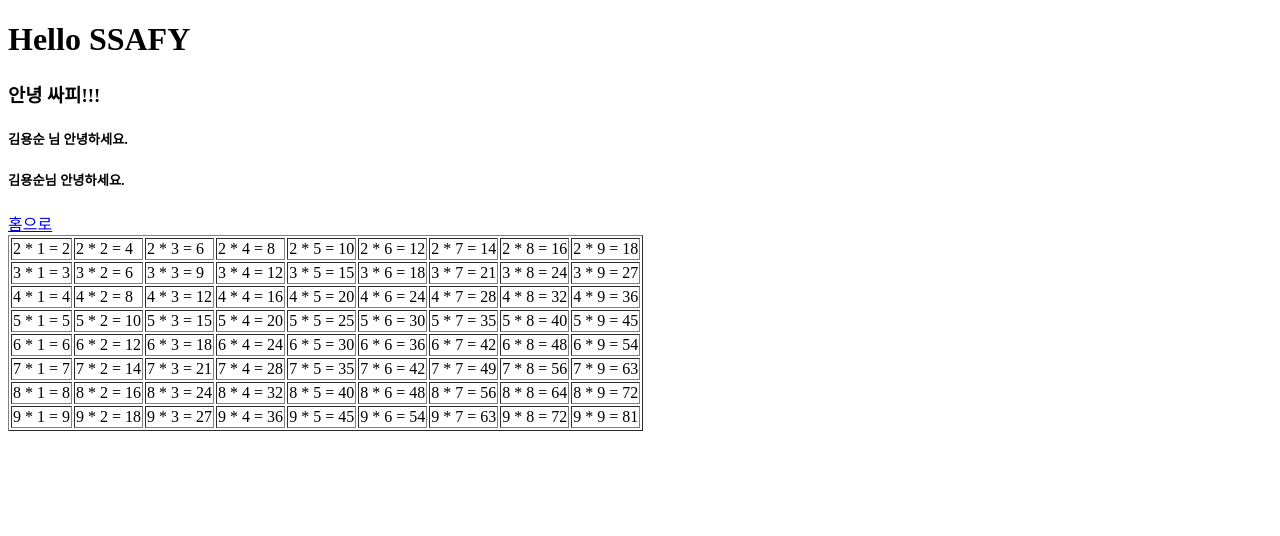
Repository: s00ngle/SSAFY-BE
Page: http://localhost/basic_jsp/hello.jsp
An editor plug-in stored every save of this project. The page is shown before and after the next save, followed by the edit.
The browser window is 1280 px wide. The pictures show the whole page.
The page is served by Tomcat 10.

Above is the page before, as saved 2024-09-24 01:44:48.

After the next save:
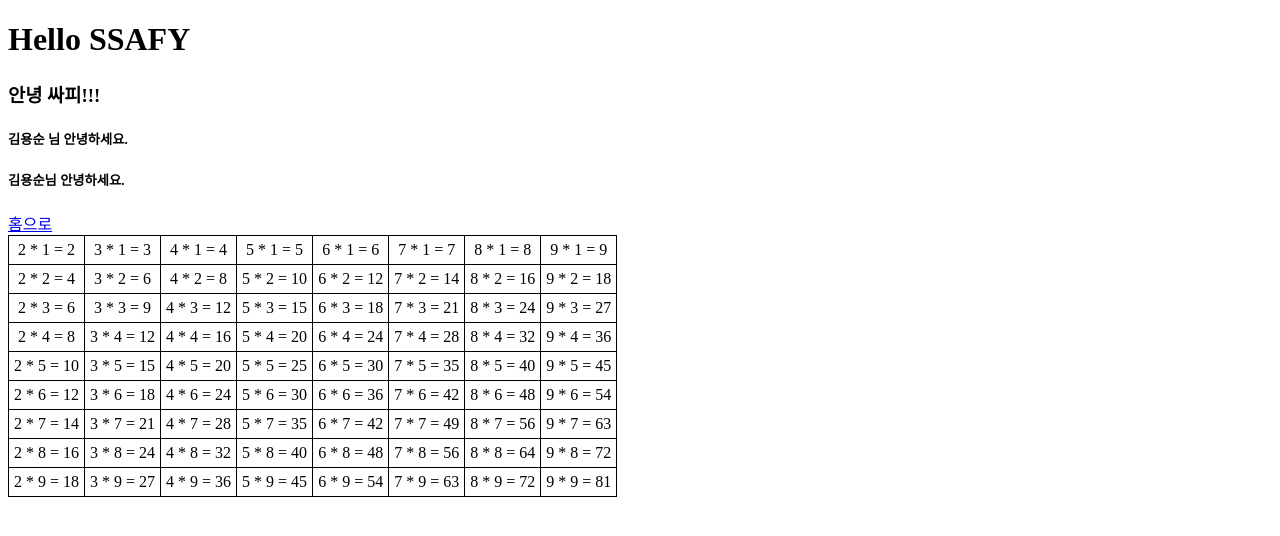
Saved 14 s later.
--- a/basic_jsp/src/main/webapp/hello.jsp
+++ b/basic_jsp/src/main/webapp/hello.jsp
@@ -9,7 +9,17 @@
 <html>
 <head>
 <meta charset="UTF-8">
-<title>Insert title here</title>
+<title>구구단</title>
+<style>
+    table {
+        border-collapse: collapse;
+    }
+    th, td {
+        border: 1px solid black;
+        padding: 5px;
+        text-align: center;
+    }
+</style>
 </head>
 <body>
 	<h1>Hello SSAFY</h1>
@@ -18,16 +28,16 @@
 	<h5><%= name %>님 안녕하세요.</h5>
 	<a href="/basic_jsp/index.jsp">홈으로</a></br>
 
-	<table border="1">
-	<%
-		for (int i = 2; i < 10; i++) {
-			out.println("<tr>");
-			for (int j = 1; j < 10; j++) {
-				out.println("<td>" + i + " * " + j + " = " + (i * j) + "</td>");
+	<table>
+		<%
+			for (int j = 1; j < 10; j++) { // 행: 1부터 9까지
+				out.println("<tr>");
+				for (int i = 2; i < 10; i++) { // 열: 2부터 9까지
+					out.println("<td>" + i + " * " + j + " = " + (i * j) + "</td>");
+				}
+				out.println("</tr>");
 			}
-			out.println("</tr>");
-		}
-	%>
+		%>
 	</table>
 </body>
 </html>
